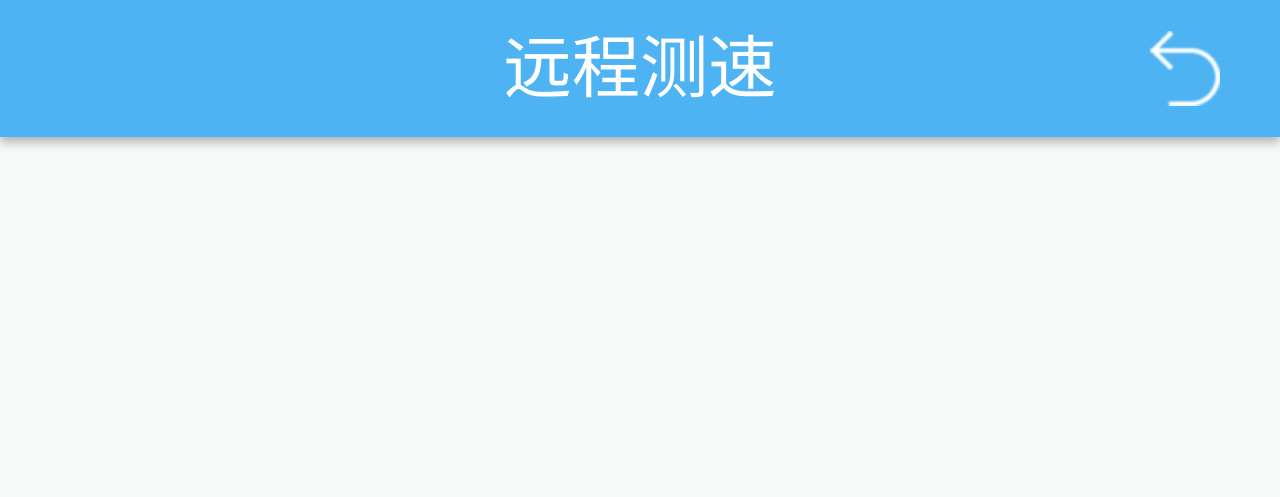
Repository: wangbiaozy/8.24
Page: index_test.html
These files come from the project's save history. The page is drawn as it stood at one moment and after the next save; the edit follows.
The browser window is 1280 px wide. The pictures show the whole page.

Above is the page before, as saved 2018-08-22 18:52:44.

After the next save:
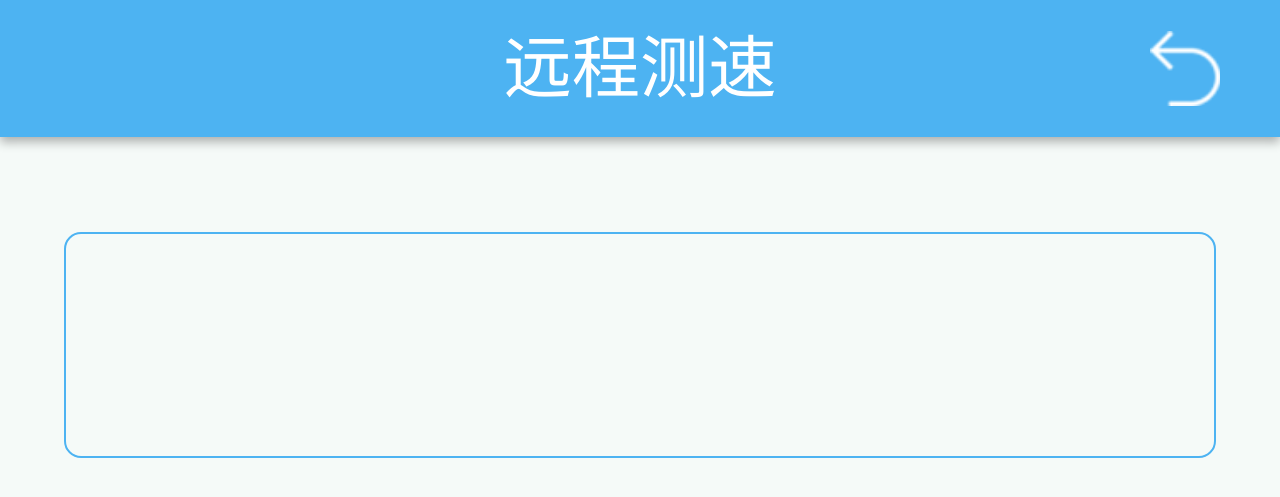
Saved 2 min 15 s later.
--- a/index_test.html
+++ b/index_test.html
@@ -14,6 +14,11 @@
         <p>远程测速</p>
         <a class="back" href="javascript:void(0)"></a>
     </header>
+    <section>
+        <ul>
+            <li></li>
+        </ul>
+    </section>
 </body>
 </html>
 <script src="js/jquery-1.10.1.min.js"></script>
